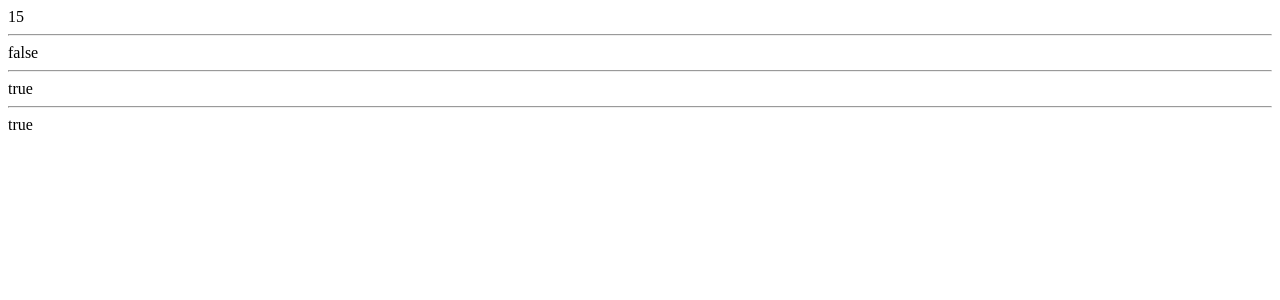
Repository: debug404/all
Page: http://localhost/week5_2/EL/03_Jisuan.jsp
The author's editor kept a copy of each file at every save. The page is drawn from the files as they stood at one save, then again after the next save.
The browser window is 1280 px wide. The pictures show the whole page.
The page is served by Tomcat 9. Other server files are loaded and not shown.

Above is the page before, as saved 2015-11-19 02:53:05.

### week5_2/WebContent/EL/03_Jisuan.jsp
<%@ page language="java" contentType="text/html; charset=UTF-8"
	pageEncoding="UTF-8"%>
<!DOCTYPE html PUBLIC "-//W3C//DTD HTML 4.01 Transitional//EN" "http://www.w3.org/TR/html4/loose.dtd">
<html>
<head>
<meta http-equiv="Content-Type" content="text/html; charset=UTF-8">
<title>Insert title here</title>
</head>
<body>

	${10+5}
	<hr />
	${10==5 }
	<hr />
	${10!=5 }
		<hr />
	${true && true}

</body>
</html>

After the next save:
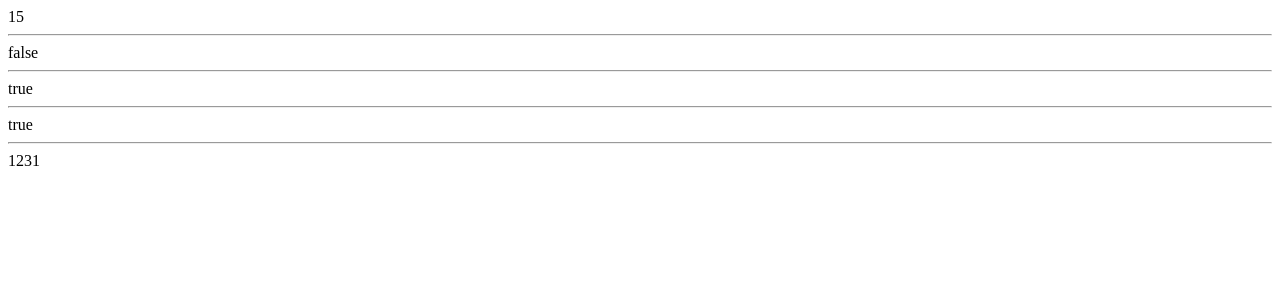
Saved 16 s later.
--- a/week5_2/WebContent/EL/03_Jisuan.jsp
+++ b/week5_2/WebContent/EL/03_Jisuan.jsp
@@ -15,6 +15,7 @@
 	${10!=5 }
 		<hr />
 	${true && true}
-
+	<hr />
+	${1231}
 </body>
 </html>
